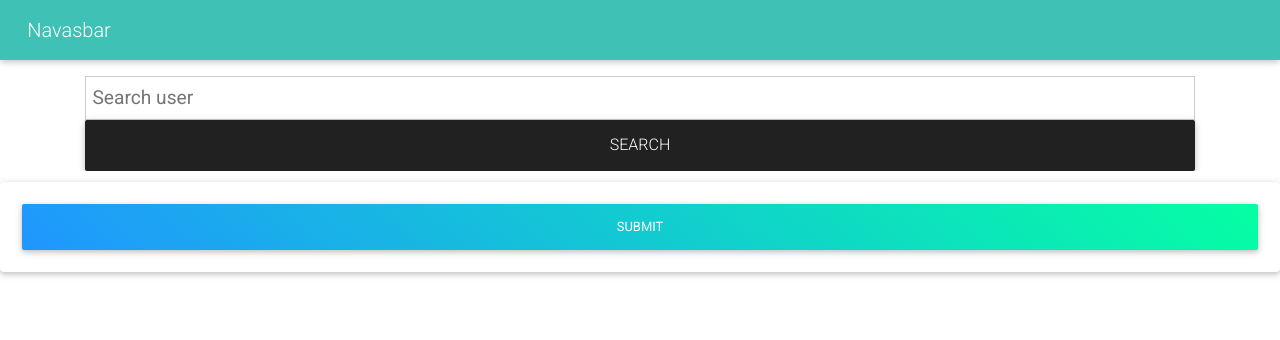
Repository: engida32/myapp
Page: /
The author's editor kept a copy of each file at every save. The page is drawn from the files as they stood at one save, then again after the next save.
The browser window is 1280 px wide. The pictures show the whole page.
Some web libraries are served in a nearby version. The project was rebuilt for these pictures with package versions that can differ from the ones it lists, and the page was loaded fresh each time. Also part of the build but not shown: src/component/users/UserItem.js, src/component/users/SpinnerPage.js.

Above is the page before, as saved 2019-12-14 15:04:54.

### public/index.html
<!DOCTYPE html>
<html lang="en">
  <head>
    <meta charset="utf-8" />
    <link rel="icon" href="%PUBLIC_URL%/favicon.ico" />
    <meta name="viewport" content="width=device-width, initial-scale=1" />
    <meta name="theme-color" content="#000000" />
    <meta
      name="description"
      content="Web site created using create-react-app"
    />
    <link rel="apple-touch-icon" href="logo192.png" />
    <!--
      manifest.json provides metadata used when your web app is installed on a
      user's mobile device or desktop. See https://developers.google.com/web/fundamentals/web-app-manifest/
    -->
    <link rel="manifest" href="%PUBLIC_URL%/manifest.json" />
    <!--
      Notice the use of %PUBLIC_URL% in the tags above.
      It will be replaced with the URL of the `public` folder during the build.
      Only files inside the `public` folder can be referenced from the HTML.

      Unlike "/favicon.ico" or "favicon.ico", "%PUBLIC_URL%/favicon.ico" will
      work correctly both with client-side routing and a non-root public URL.
      Learn how to configure a non-root public URL by running `npm run build`.
    -->
    <link rel="stylesheet" href="https://cdnjs.cloudflare.com/ajax/libs/font-awesome/5.8.2/css/all.css">
    <title>React App</title>
  </head>
  <body>
    <noscript>You need to enable JavaScript to run this app.</noscript>
    <div id="root"></div>
    <!--
      This HTML file is a template.
      If you open it directly in the browser, you will see an empty page.

      You can add webfonts, meta tags, or analytics to this file.
      The build step will place the bundled scripts into the <body> tag.

      To begin the development, run `npm start` or `yarn start`.
      To create a production bundle, use `npm run build` or `yarn build`.
    -->
  </body>
</html>

### src/App.js
import React from "react";
import "./App.css";
// import Navbar from "./component/navbar";
import User from "./component/users/Users";
import Mdb from "./mdv/ButtonPage";
import axios from "axios";
import Navbar1 from "./component/Navbar1";
import Search from "./component/users/search";

class App extends React.Component {
  state = {
    users: [],
    loading: false
  };

  //   async componentDidMount() {
  //     this.setState({ loading: true });
  //     console.log(process.env.REACT_APP_GITHUB_CLIENT_SECRET)

  //     const res = await axios.get(`https://api.github.com/users?/client_id=${process.env.REACT_APP_GITHUB_CLIENT_ID}$client_secret=${process.env.REACT_APP_GITHUB_CLIENT_SECRET}`");
  //     this.setState({ users: res.data, loading: false });

  //  }
  searchUsers = async text => {
    const res = await axios.get(`https://api.github.com/search/users?q=${text}$client_id=${process.env.REACT_APP_GITHUB_CLIENT_ID}
    $client_secret=${process.env.REACT_APP_GITHUB_CLIENT_SECRET}`);
    this.setState({ users: res.data.items, loading: false });
  };

  render() {
    return (
      <div className="App">
        <div>
          <Navbar1 title="github finder" icon="fab fa-github" />
        </div>
        <div className="container">
          <Search searchUsers={this.searchUsers} />
          <User loading={this.state.loading} users={this.state.users} />
        </div>
        <div className="card">
          <Mdb />
        </div>
      </div>
    );
  }
}

export default App;

### src/component/users/Users.js
import React from "react";
import UserItem from "./UserItem";
import SpinnerPage from "./SpinnerPage";

const Users = ({ users, loading }) => {
  if (loading) {

    return <SpinnerPage />
  }
  else {
    return (
      <div style={userStyle}>
        {users.map(user => (
          <div>
            <UserItem key={user.id} user={user} />
          </div>
        ))}
      </div>
    );

  }



}
const userStyle = {
  display: 'grid',
  gridTemplateColumns: 'repeat(3,1fr',
  gridGap: '1rem'
}

export default Users;

### src/mdv/ButtonPage.js

import React, { Fragment } from "react";
import { MDBBtn  } from "mdbreact";

const ButtonPage = () => {
  return (
    <Fragment>
      <MDBBtn gradient="aqua">submit</MDBBtn>

    </Fragment>
  );
}

export default ButtonPage;

### src/component/Navbar1.js
import React, { Component } from 'react'

export class Navbar1 extends Component {
    render() {
        return (
            <div>

                <nav className="navbar navbar-dark default-color justify-content-between">
                <a className="navbar-brand" href="./">Navasbar</a>


              </nav>
            </div>
        )
    }
}

export default Navbar1

### src/component/users/search.js
import React, { Component } from 'react'

export class Search extends Component {
    state={
        text:''
    };

    onSubmit(e){
        e.preventDefault();
        this.props.searchUsers(this.state.text);
        this.setState({text:''})
    }

    onChange= e  =>this.setState({ [e.target.name]: e.target.value});

    render() {
        return (
            <div>
                <form onSubmit={this.onSubmit.bind(this)} className='form'>
                    <input  type='text'
                     name='text'
                     value={this.state.text}
                    onChange={this.onChange}
                    placeholder='Search user'/>
                    <input  type='submit' value='search' className='btn btn-dark btn-block'/>

                </form>
            </div>
        )
    }
}

export default Search

Loaded but not shown: src/index.js (common file); src/App.css (common file)

After the next save:
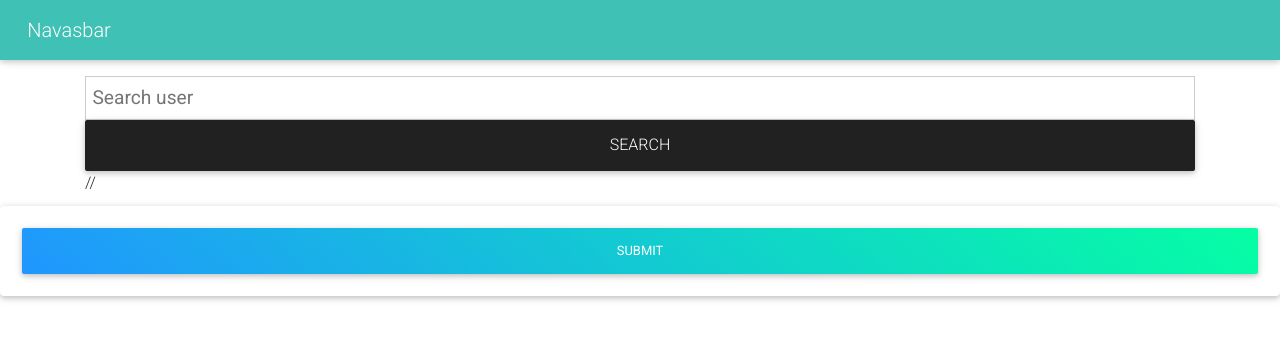
Saved 74 s later.
--- a/src/App.js
+++ b/src/App.js
@@ -35,7 +35,7 @@
         </div>
         <div className="container">
           <Search searchUsers={this.searchUsers} />
-          <User loading={this.state.loading} users={this.state.users} />
+         // <User loading={this.state.loading} users={this.state.users} />
         </div>
         <div className="card">
           <Mdb />

After the save that followed:
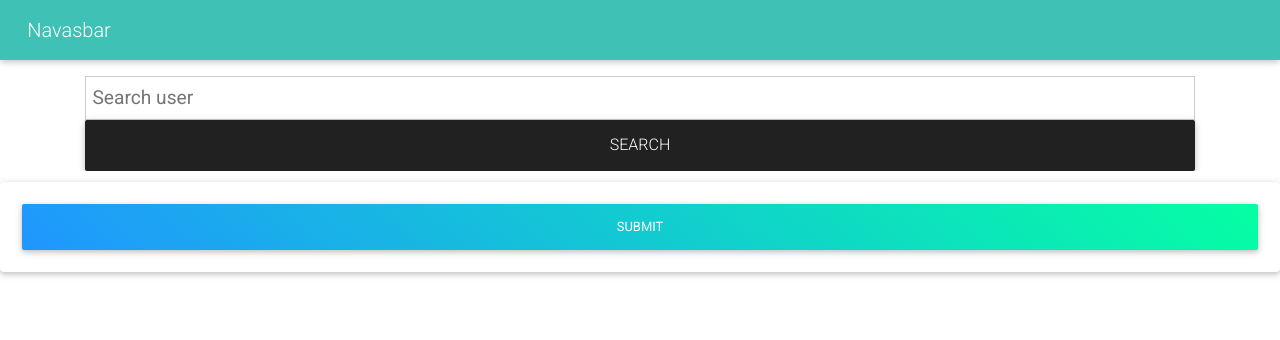
Saved 16 s later.
--- a/src/App.js
+++ b/src/App.js
@@ -22,7 +22,7 @@
 
   //  }
   searchUsers = async text => {
-    const res = await axios.get(`https://api.github.com/search/users?q=${text}$client_id=${process.env.REACT_APP_GITHUB_CLIENT_ID}
+    const res = await axios.get(` https://api.github.com/search/users?q=${text}$client_id=${process.env.REACT_APP_GITHUB_CLIENT_ID}
     $client_secret=${process.env.REACT_APP_GITHUB_CLIENT_SECRET}`);
     this.setState({ users: res.data.items, loading: false });
   };
@@ -35,7 +35,7 @@
         </div>
         <div className="container">
           <Search searchUsers={this.searchUsers} />
-         // <User loading={this.state.loading} users={this.state.users} />
+          <User loading={this.state.loading} users={this.state.users} />
         </div>
         <div className="card">
           <Mdb />
